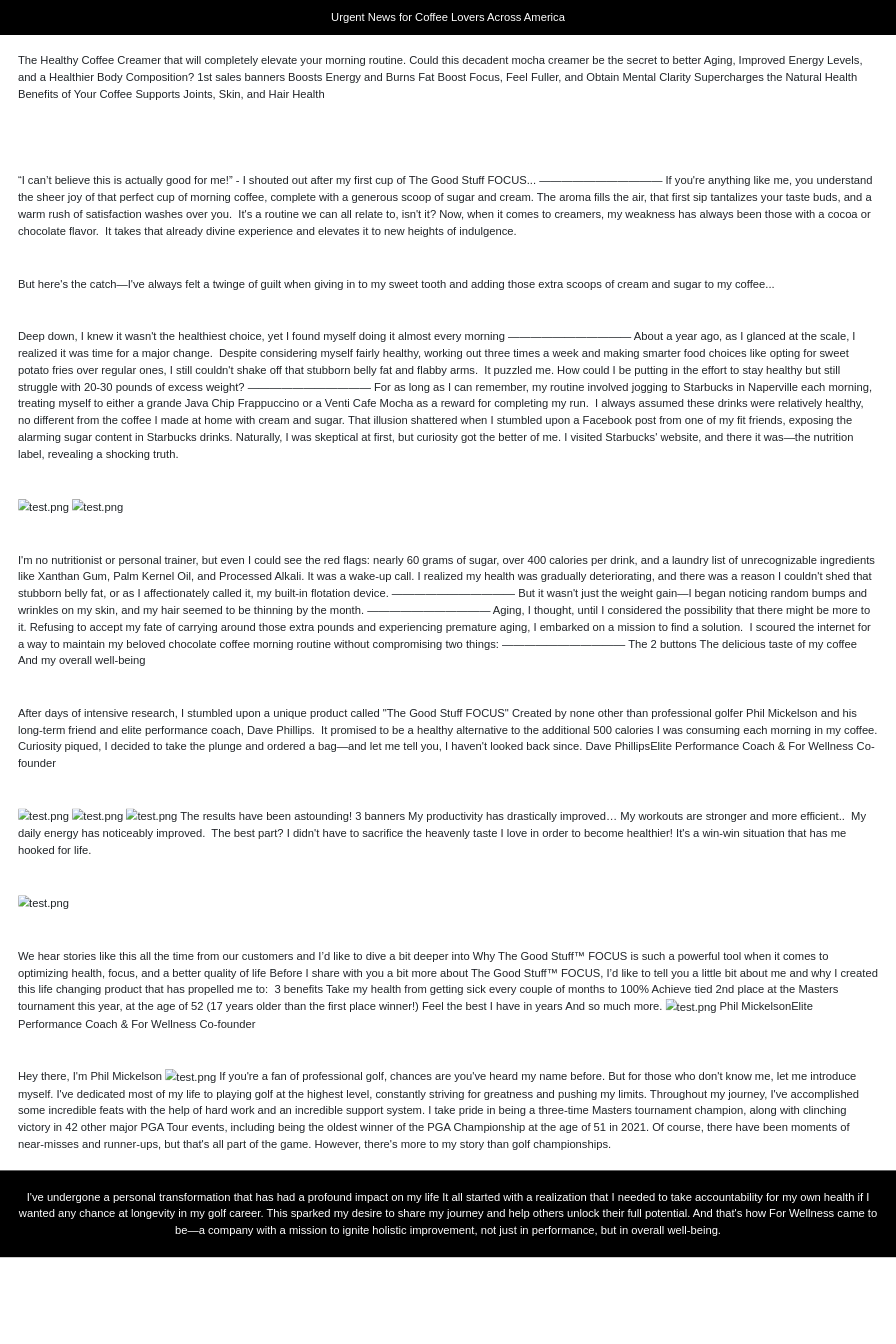
Repository: dariusprince90/wellness-landing
Page: index.html
The author's editor kept a copy of each file at every save. The page is drawn from the files as they stood at one save, then again after the next save.
The browser window is 1280 px wide. The pictures show the part of the page from y = 0 to 1920 px (the page is 3088 px tall before and 3183 px after), at 70% of full size.

Above is the page before, as saved 2023-07-25 16:02:27.

After the next save:
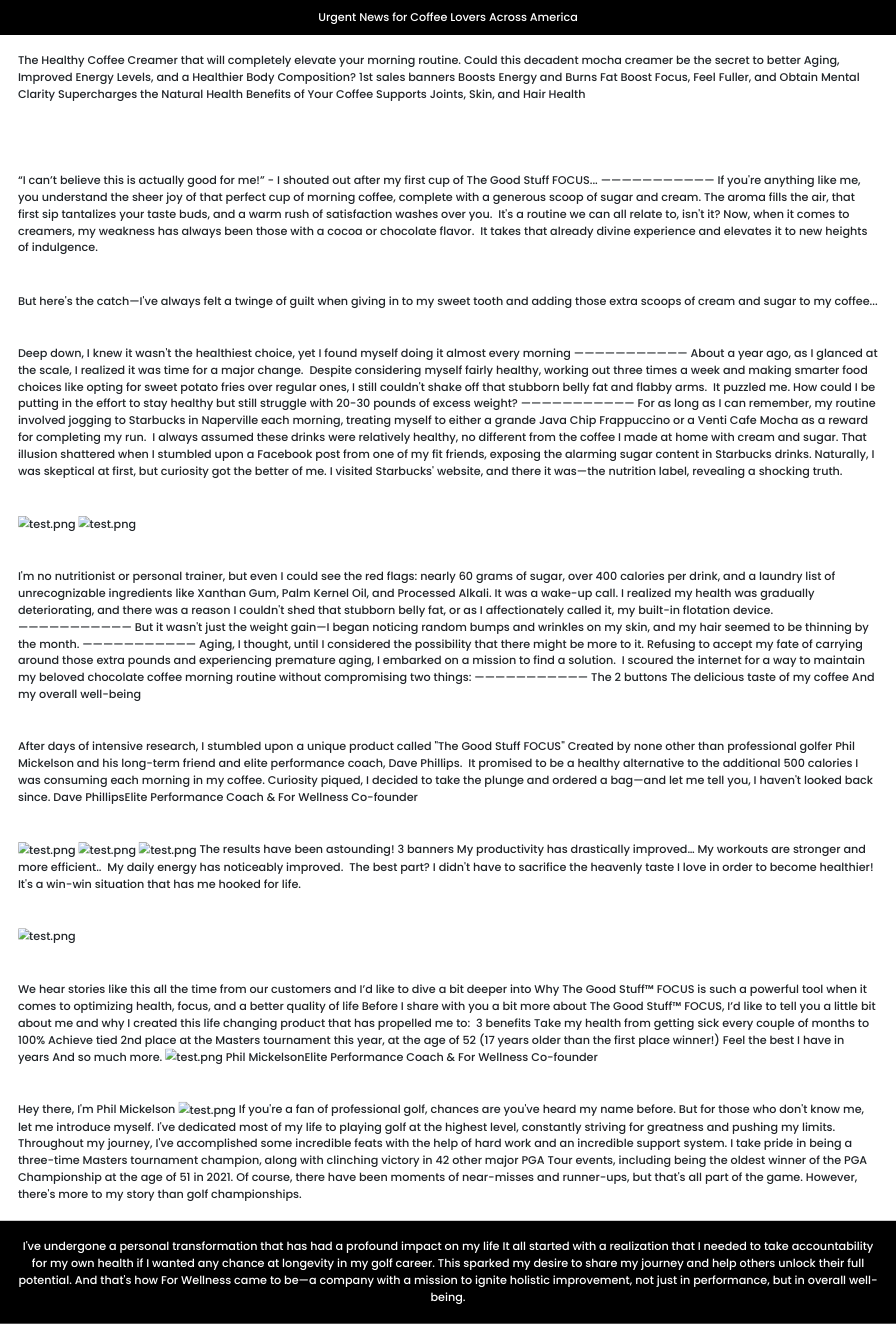
Saved 2 min 0 s later.
--- a/css/styles.css
+++ b/css/styles.css
@@ -1,6 +1,12 @@
 @import url('https://fonts.googleapis.com/css2?family=Lato:wght@900&display=swap');
+@import url('https://fonts.googleapis.com/css2?family=Poppins:wght@100;500&display=swap');
+
 
 body, footer, header {
+    font-family: 'Poppins', sans-serif;
+}
+
+header {
     font-family: 'Poppins', sans-serif;
 }
 

After the save that followed:
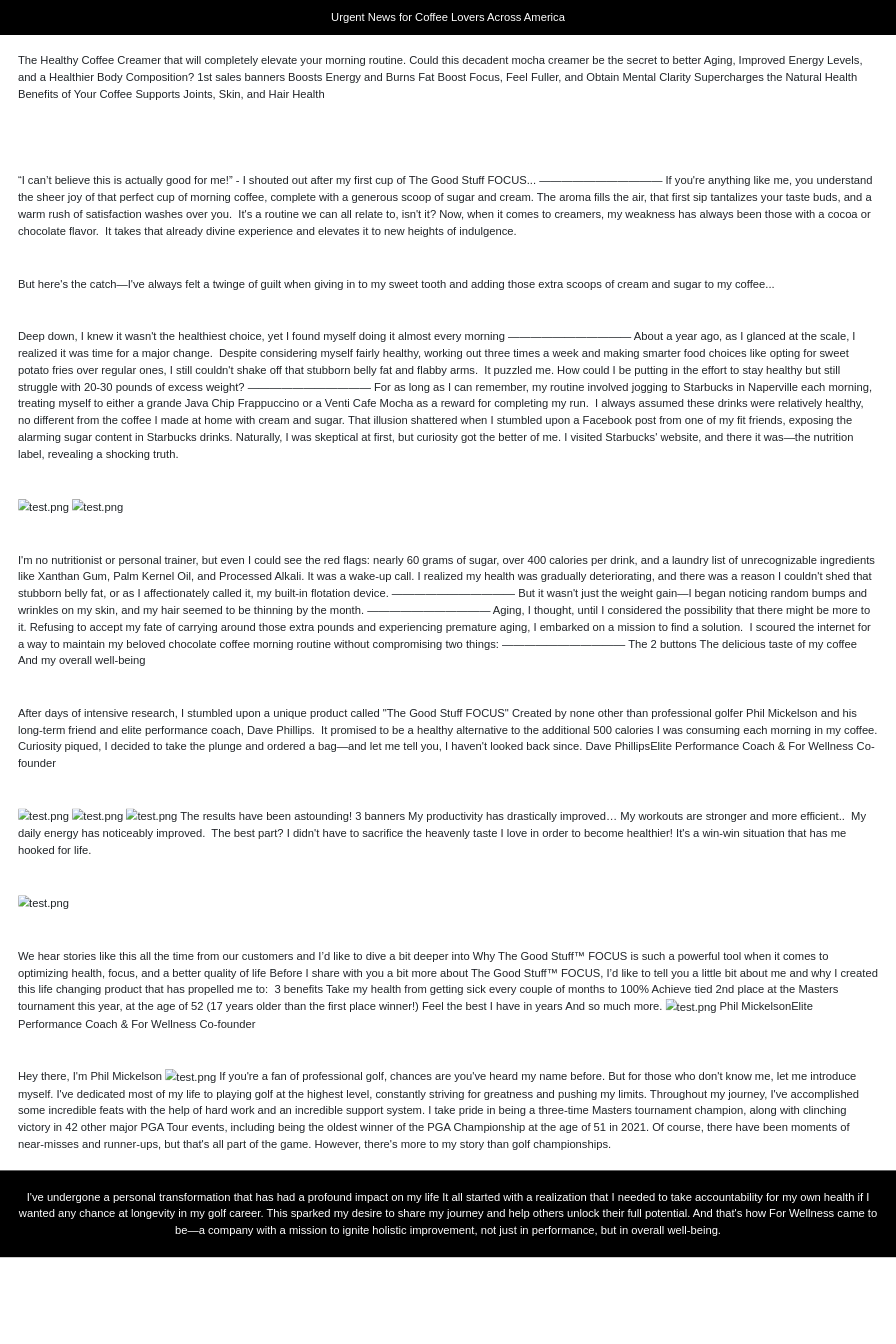
Saved 24 s later.
--- a/css/styles.css
+++ b/css/styles.css
@@ -1,5 +1,5 @@
 @import url('https://fonts.googleapis.com/css2?family=Lato:wght@900&display=swap');
-@import url('https://fonts.googleapis.com/css2?family=Poppins:wght@100;500&display=swap');
+
 
 
 body, footer, header {
@@ -8,6 +8,7 @@
 
 header {
     font-family: 'Poppins', sans-serif;
+    font-weight: 500;
 }
 
 footer, header, .s-012-text {
